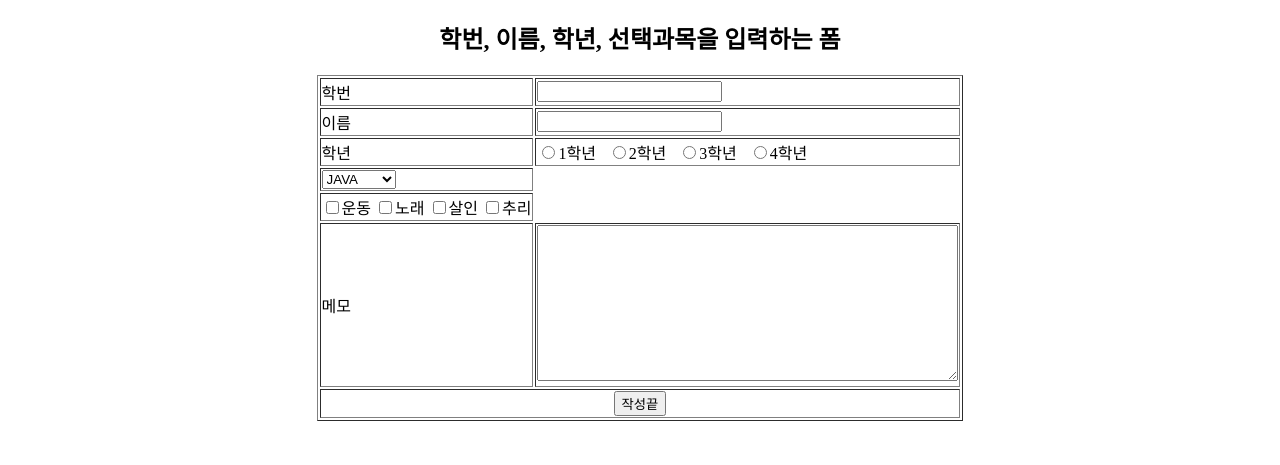
Repository: Hara-JS/hara
Page: http://localhost/jsp_01_basic_test/_05_session/_07_multiplexForm.jsp
The author's editor kept a copy of each file at every save. The page is drawn from the files as they stood at one save, then again after the next save.
The browser window is 1280 px wide. The pictures show the whole page.
The page is served by Tomcat 9.

Above is the page before, as saved 2024-08-12 08:49:21.

After the next save:
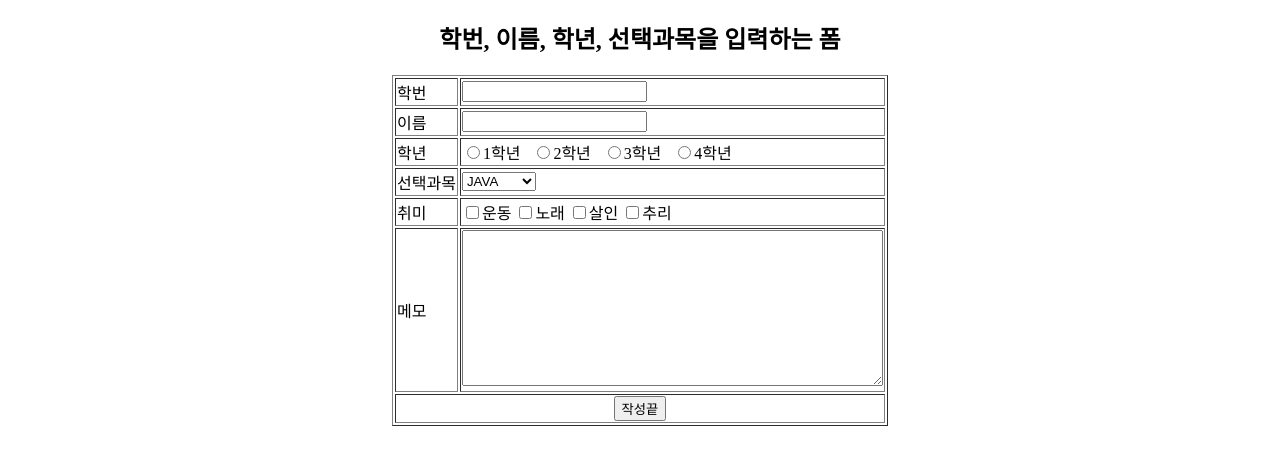
Saved 65 s later.
--- a/새 폴더/jsp_01_basic_test/src/main/webapp/_05_session/_07_multiplexForm.jsp
+++ b/새 폴더/jsp_01_basic_test/src/main/webapp/_05_session/_07_multiplexForm.jsp
@@ -31,6 +31,7 @@
 					</td>
 				</tr>
 				<tr>
+					<td>선택과목</td>
 					<td>
 						<select name="subject">
 							<option value="JAVA">JAVA</option>
@@ -40,6 +41,7 @@
 					</td>
 				</tr>
 				<tr>
+					<td>취미</td>
 					<td>
 						<input type="checkbox" name="habbies" value="운동">운동
 						<input type="checkbox" name="habbies" value="노래">노래
